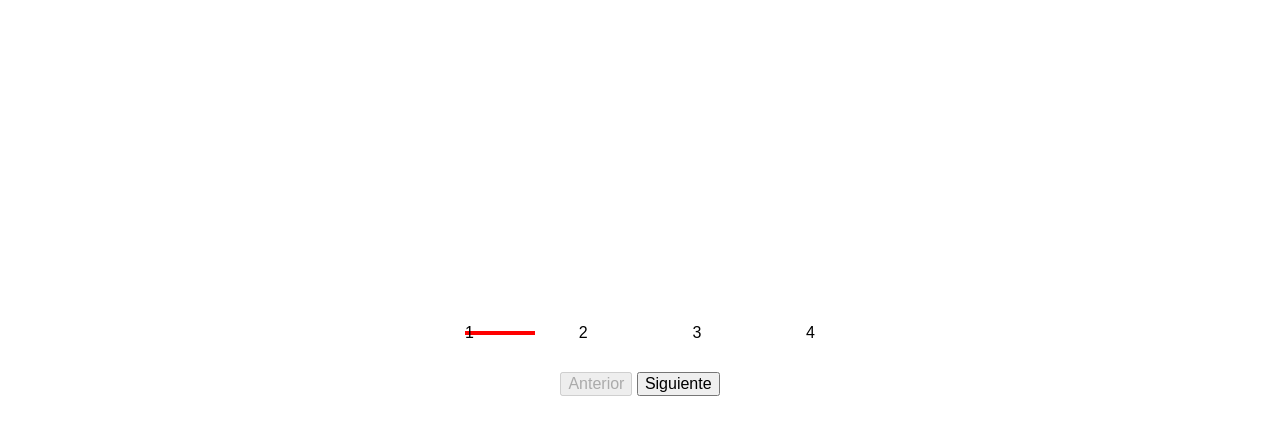
Repository: ElideZavala/Linea-de-tiempo
Page: index.html
These files come from the project's save history. The page is drawn as it stood at one moment and after the next save; the edit follows.
The browser window is 1280 px wide. The pictures show the whole page.
Some web fonts or font styles are not loaded; a fallback is used.

Above is the page before, as saved 2021-05-27 14:45:21.

### index.html
<!DOCTYPE html>
<html lang="en">
<head>
	<meta charset="UTF-8">
	<meta http-equiv="X-UA-Compatible" content="IE=edge">
	<meta name="viewport" content="width=device-width, initial-scale=1.0">
	<link rel="stylesheet" href="style.css">
	<link rel="stylesheet" href="normalize.css">
	<title>Pasos de progreso </title>
</head>
<body>
	<div class="container">
		<div class="progress-container">
			<div class="progress" id="progress"></div>
			<div class="circle active">1</div>
			<div class="circle">2</div>
			<div class="circle">3</div>
			<div class="circle">4</div>
		</div>

		<button class="btn" id="prev" disabled>Anterior</button>
		<button class="btn" id="next">Siguiente</button>
		<script src="script.js"></script>
	</div>
</body>
</html>

### style.css
/* @import url('https://fonts.googleapis.com/css2?family=Roboto:wght@400;700&display=swap'); */
@import url('https://fonts.googleapis.com/css?family=Muli&display=swap');


* {
	box-sizing: border-box;
}

body {
	font-family: 'Muli', sans-serif;
	display: flex;
	flex-direction: column;
	align-items: center;
	justify-content: center;
	height: 100vh;
	overflow: hidden;
	margin: 0;
}

.container {
	text-align: center;
}

.progress-container {
	display: flex;
	justify-content: space-between;
	position: relative;
	margin-bottom: 30px;
	max-width: 100%;
	width: 350px;
}

.progress-container::before {
	background-color: rgb(144, 129, 129);
	position: absolute;
	top: 50%;
	left: 0;
	transform: translateY(-50%);
	height: 4px;
	width: 20%;
	z-index: -1;
	transition: 0.4s ease;
}

.progress {
	background-color: red;
	position: absolute;
	top: 50%;
	left: 0;
	transform: translateY(-50%);
	height: 4px;
	width: 20%;
	z-index: -1;
	transition: 0.4s ease;
}

Loaded but not shown: normalize.css (library); script.js (no stored copy; drawn as an empty file)

After the next save:
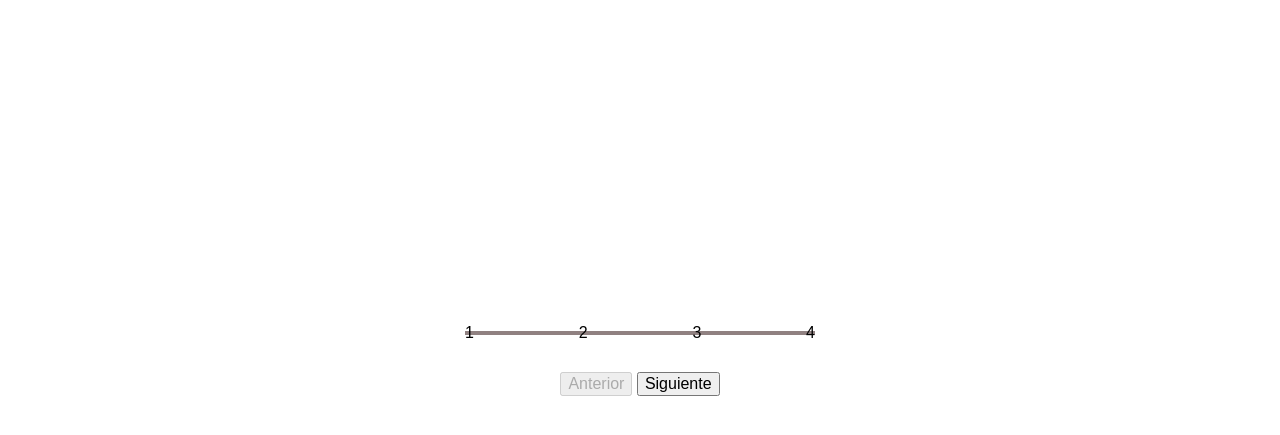
Saved 2 min 9 s later.
--- a/style.css
+++ b/style.css
@@ -31,13 +31,14 @@
 }
 
 .progress-container::before {
+	content: '';
 	background-color: rgb(144, 129, 129);
 	position: absolute;
 	top: 50%;
 	left: 0;
 	transform: translateY(-50%);
 	height: 4px;
-	width: 20%;
+	width: 100%;
 	z-index: -1;
 	transition: 0.4s ease;
 }
@@ -49,7 +50,7 @@
 	left: 0;
 	transform: translateY(-50%);
 	height: 4px;
-	width: 20%;
+	width: 0%;
 	z-index: -1;
 	transition: 0.4s ease;
 }
